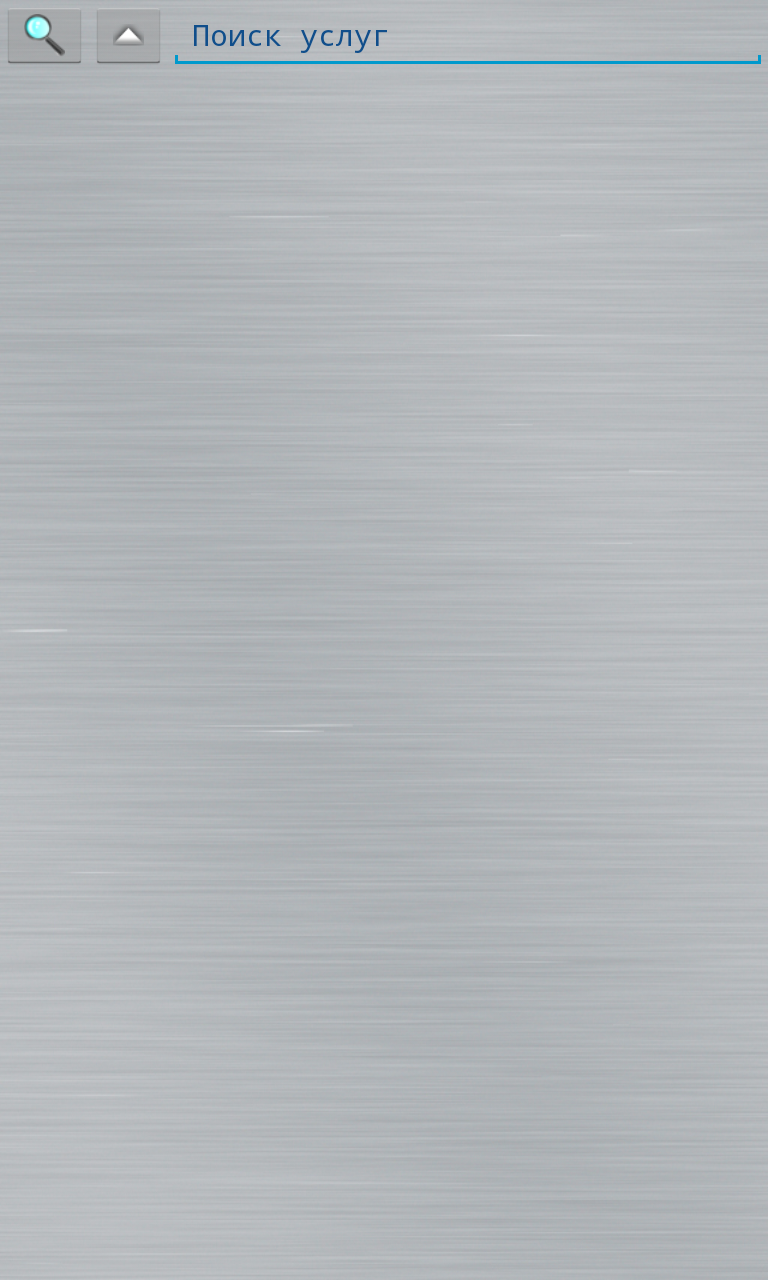
Repository: complexityclass/GosClient
Layout: Client/res/layout/listview_searchbar_layout.xml
These files come from the project's save history. The layout is drawn as it stood at one moment and after the next save; the edit follows.
It is drawn on a 768 x 1280 px phone screen (xhdpi) without system bars, with theme AppTheme; the app's code is not run. Lists and similar views that code fills are empty.

Above is the layout before, as saved 2013-05-23 06:22:28.

### Client/res/layout/listview_searchbar_layout.xml
<?xml version="1.0" encoding="utf-8"?>
<RelativeLayout xmlns:android="http://schemas.android.com/apk/res/android"
    android:layout_width="fill_parent"
    android:layout_height="fill_parent"
    android:background="@drawable/back">

    <EditText
        android:id="@+id/editText1"
        android:layout_width="132dp"
        android:layout_height="wrap_content"
        android:layout_alignParentRight="true"
        android:layout_alignParentTop="true"
        android:layout_toRightOf="@+id/imageButton1"
        android:cursorVisible="false"
        android:ems="10"
        android:singleLine="true"
        android:text="Поиск услуг"
        android:textColor="#104E8B"
        android:textSize="15sp"
        android:typeface="monospace" >

        <requestFocus />
    </EditText>

    <ListView
        android:id="@+id/listView1"
        android:layout_width="fill_parent"
        android:layout_height="wrap_content"
        android:layout_alignParentLeft="true"
        android:layout_below="@+id/editText1" >
    </ListView>

    <ImageButton
        android:id="@+id/ImageButton01"
        android:layout_width="wrap_content"
        android:layout_height="wrap_content"
        android:layout_above="@+id/listView1"
        android:layout_alignParentLeft="true"
        android:layout_alignParentTop="true"
        android:src="@drawable/magnifier" />

    <ImageButton
        android:id="@+id/imageButton1"
        android:layout_width="wrap_content"
        android:layout_height="wrap_content"
        android:layout_alignBottom="@+id/ImageButton01"
        android:layout_alignParentTop="true"
        android:layout_toRightOf="@+id/ImageButton01"
        android:src="@android:drawable/arrow_up_float" />

</RelativeLayout>

Loaded but not shown: Client/res/values-v11/styles.xml (common file); Client/res/values-v14/styles.xml (common file); Client/res/values/styles.xml (common file)

After the next save:
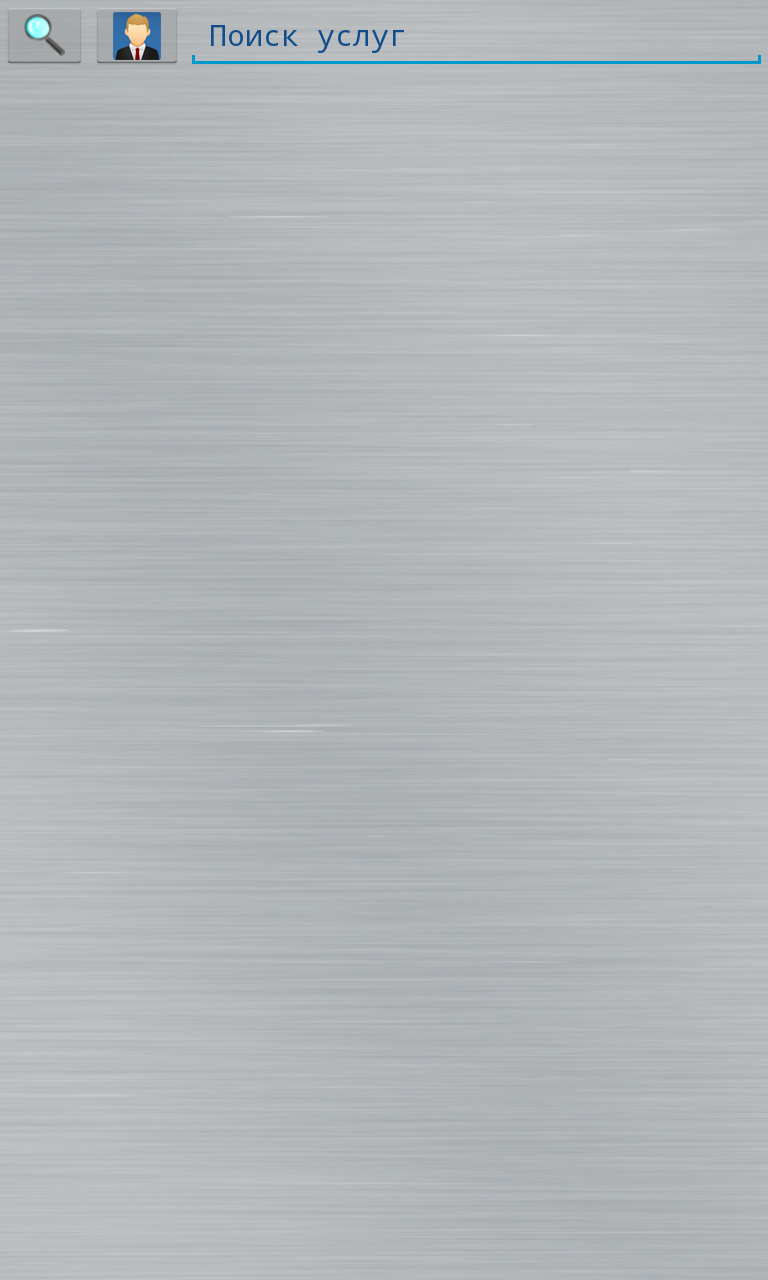
Saved 2 min 18 s later.
--- a/Client/res/layout/listview_searchbar_layout.xml
+++ b/Client/res/layout/listview_searchbar_layout.xml
@@ -46,6 +46,6 @@
         android:layout_alignBottom="@+id/ImageButton01"
         android:layout_alignParentTop="true"
         android:layout_toRightOf="@+id/ImageButton01"
-        android:src="@android:drawable/arrow_up_float" />
+        android:src="@drawable/avatar" />
 
 </RelativeLayout>
